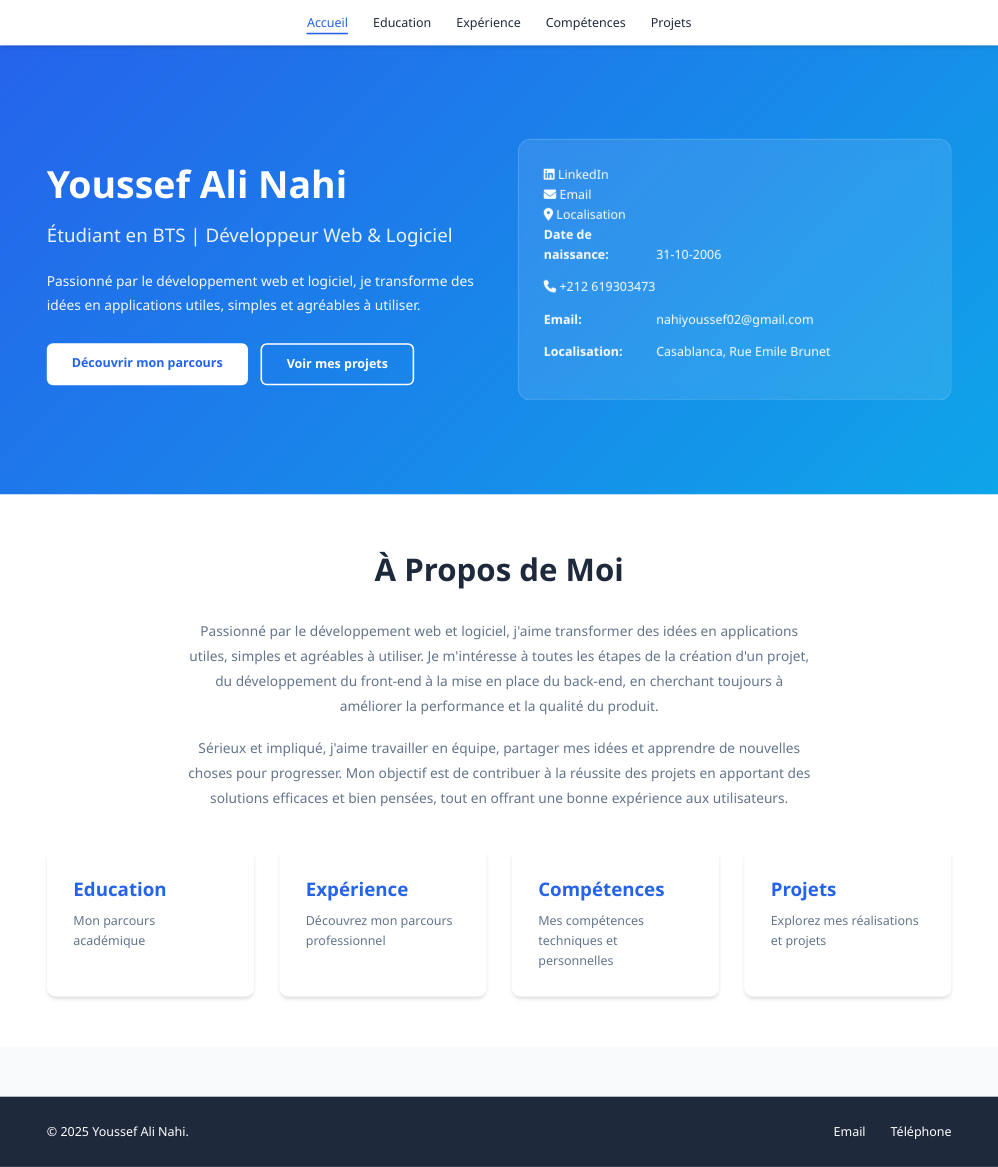
Repository: Youssef-Nahi504/My_Portfolio
Page: index.html
The author's editor kept a copy of each file at every save. The page is drawn from the files as they stood at one save, then again after the next save.
The browser window is 1280 px wide. The pictures show the whole page, at 78% of full size.

Above is the page before, as saved 2025-12-21 13:23:43.

After the next save:
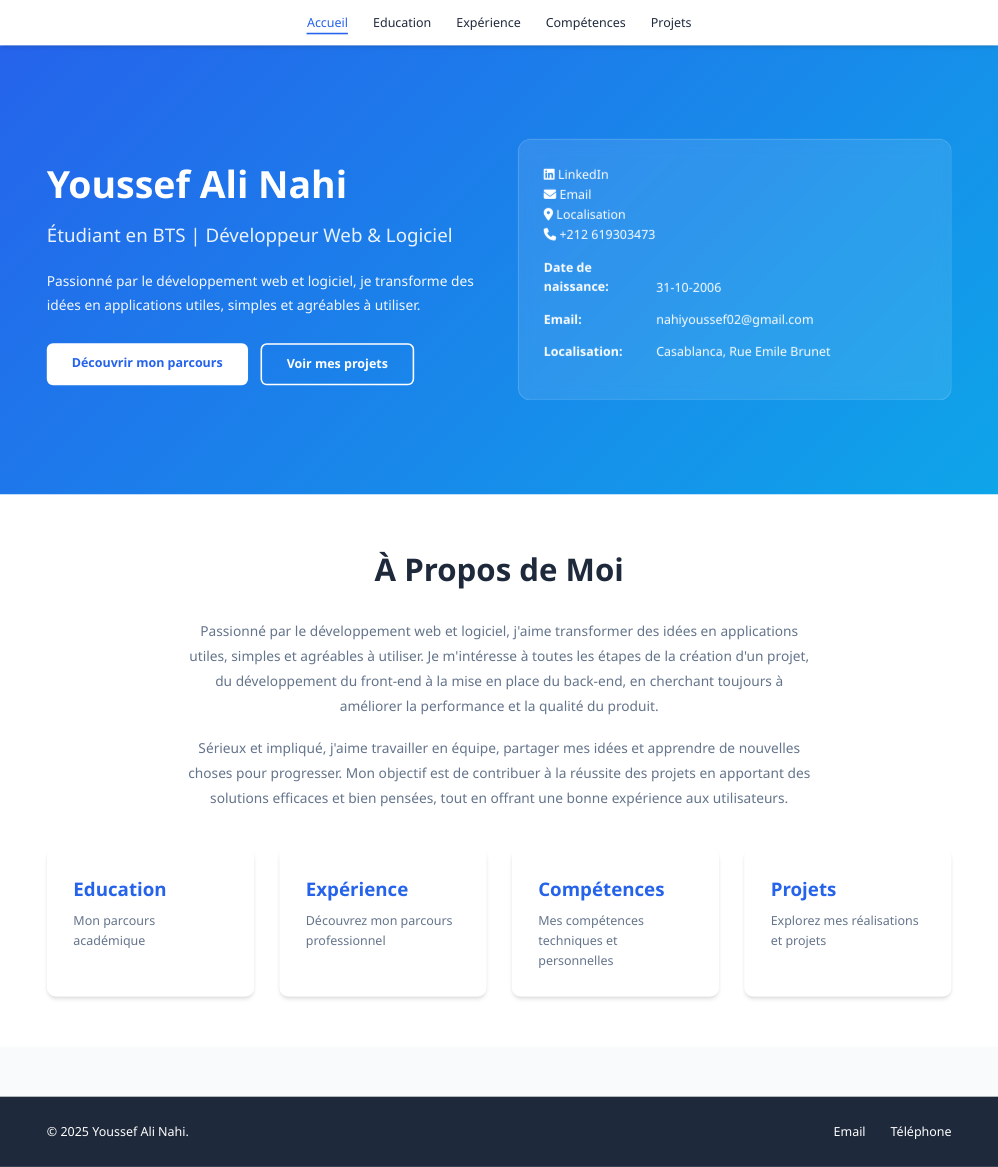
Saved 22 s later.
--- a/index.html
+++ b/index.html
@@ -42,8 +42,8 @@
                             <i class="fa-brands fa-linkedin"></i> LinkedIn<br>
                             <i class="fa-solid fa-envelope"></i> Email<br>
                             <i class="fa-solid fa-location-dot"></i> Localisation
+                            <p><i class="fa-solid fa-phone"></i> +212 619303473</p>
                             <p><strong>Date de naissance:</strong> 31-10-2006</p>
-                            <p><i class="fa-solid fa-phone"></i> +212 619303473</p>
                             <p><strong>Email:</strong> nahiyoussef02@gmail.com</p>
                             <p><strong>Localisation:</strong> Casablanca, Rue Emile Brunet</p>
                         </div>
